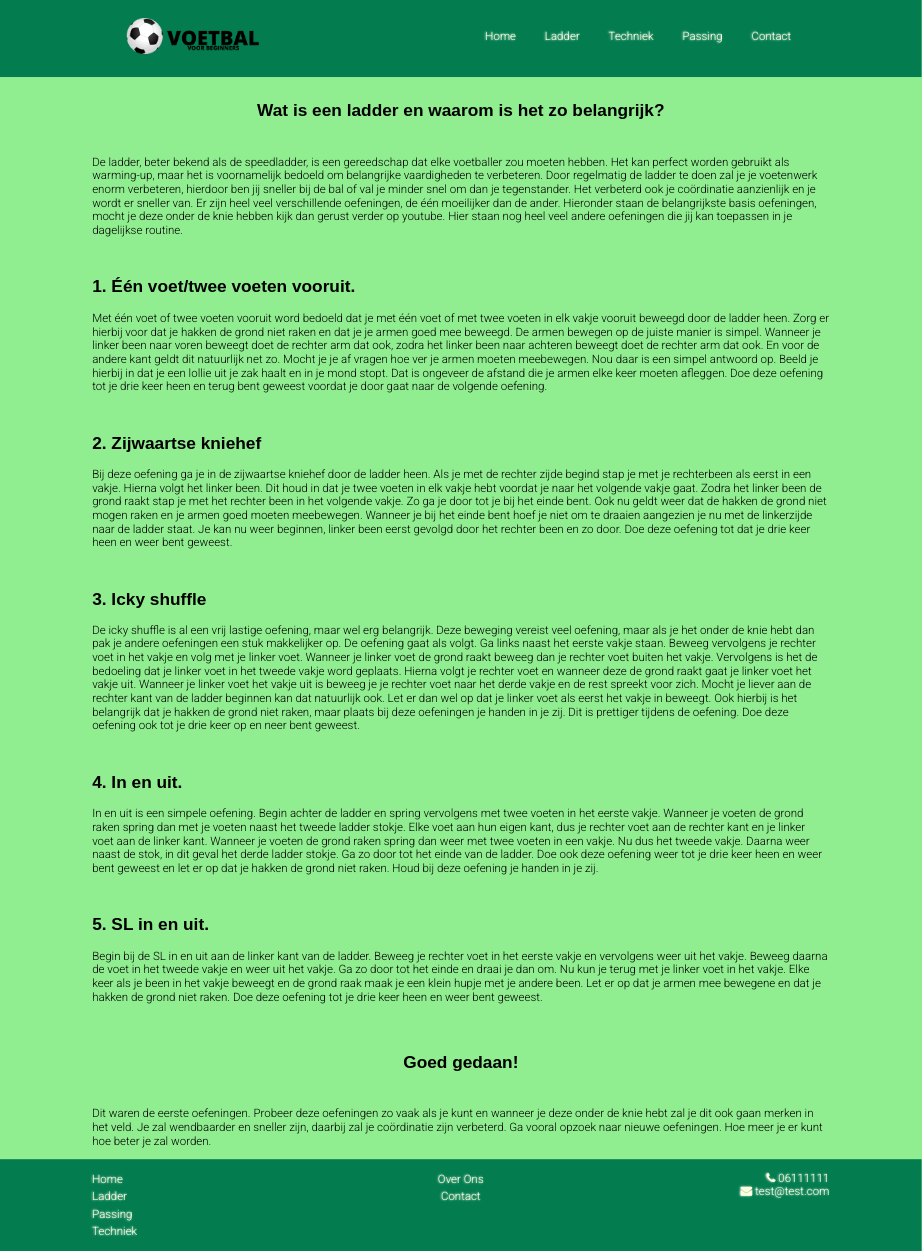
Repository: KelvinOxfoort/Start
Page: ladder.html
The author's editor kept a record of every edit. The page is drawn from the files as they stood at one moment, then again after the next edit.
The browser window is 1280 px wide. The pictures show the whole page, at 72% of full size.
Some web fonts or font styles are not loaded; a fallback is used.

Above is the page before.

### ladder.html
<!DOCTYPE html>
<html lang="nl">

<head>
    <meta charset="UTF-8">
    <meta name="viewport" content="width=device-width, initial-scale=1.0">
    <meta http-equiv="X-UA-Compatible" content="ie=edge">
    <link rel="stylesheet" href="style.css">
    <link rel="stylesheet" href="https://cdnjs.cloudflare.com/ajax/libs/font-awesome/4.7.0/css/font-awesome.min.css">
    <link href="https://fonts.googleapis.com/css2?family=Cantora+One&family=Roboto:ital,wght@0,300;0,700;1,100&display=swap" rel="stylesheet">
    <title>Voetbal voor beginners</title>
</head>

<body>
    <header id="header">
        <div>
            <a href="index.html"><img class="logo" src="uploads/LOGO.png" alt="logo"></a>
        </div>
        <nav>
            <li><a href="index.html">Home</a></li>
            <li><a href="ladder.html">Ladder</a></li>
            <li><a href="techniek.html">Techniek</a></li>
            <li><a href="passing.html">Passing</a></li>
            <li><a href="contact.html">Contact</a></li>
        </nav>
    </header>
    <main>
        <section>
            <H1>Wat is een ladder en waarom is het zo belangrijk?</H1>
            <p>De ladder, beter bekend als de speedladder, is een gereedschap dat elke voetballer zou moeten hebben. Het kan perfect worden gebruikt als warming-up, maar het is voornamelijk bedoeld om belangrijke vaardigheden te verbeteren. Door regelmatig
                de ladder te doen zal je je voetenwerk enorm verbeteren, hierdoor ben jij sneller bij de bal of val je minder snel om dan je tegenstander. Het verbeterd ook je coördinatie aanzienlijk en je wordt er sneller van. Er zijn heel veel verschillende
                oefeningen, de één moeilijker dan de ander. Hieronder staan de belangrijkste basis oefeningen, mocht je deze onder de knie hebben kijk dan gerust verder op youtube. Hier staan nog heel veel andere oefeningen die jij kan toepassen in je
                dagelijkse routine.</p>
        </section>
        <br>
        <section>
            <H2>1. Één voet/twee voeten vooruit.</H2>
            <p>Met één voet of twee voeten vooruit word bedoeld dat je met één voet of met twee voeten in elk vakje vooruit beweegd door de ladder heen. Zorg er hierbij voor dat je hakken de grond niet raken en dat je je armen goed mee beweegd. De armen
                bewegen op de juiste manier is simpel. Wanneer je linker been naar voren beweegt doet de rechter arm dat ook, zodra het linker been naar achteren beweegt doet de rechter arm dat ook. En voor de andere kant geldt dit natuurlijk net zo.
                Mocht je je af vragen hoe ver je armen moeten meebewegen. Nou daar is een simpel antwoord op. Beeld je hierbij in dat je een lollie uit je zak haalt en in je mond stopt. Dat is ongeveer de afstand die je armen elke keer moeten afleggen.
                Doe deze oefening tot je drie keer heen en terug bent geweest voordat je door gaat naar de volgende oefening.</p>
        </section>
        <br>
        <section>
            <h2>2. Zijwaartse kniehef</h2>
            <p>Bij deze oefening ga je in de zijwaartse kniehef door de ladder heen. Als je met de rechter zijde begind stap je met je rechterbeen als eerst in een vakje. Hierna volgt het linker been. Dit houd in dat je twee voeten in elk vakje hebt voordat
                je naar het volgende vakje gaat. Zodra het linker been de grond raakt stap je met het rechter been in het volgende vakje. Zo ga je door tot je bij het einde bent. Ook nu geldt weer dat de hakken de grond niet mogen raken en je armen goed
                moeten meebewegen. Wanneer je bij het einde bent hoef je niet om te draaien aangezien je nu met de linkerzijde naar de ladder staat. Je kan nu weer beginnen, linker been eerst gevolgd door het rechter been en zo door. Doe deze oefening
                tot dat je drie keer heen en weer bent geweest.</p>
        </section>
        <br>
        <section>
            <h2>3. Icky shuffle</h2>
            <p>De icky shuffle is al een vrij lastige oefening, maar wel erg belangrijk. Deze beweging vereist veel oefening, maar als je het onder de knie hebt dan pak je andere oefeningen een stuk makkelijker op. De oefening gaat als volgt. Ga links naast
                het eerste vakje staan. Beweeg vervolgens je rechter voet in het vakje en volg met je linker voet. Wanneer je linker voet de grond raakt beweeg dan je rechter voet buiten het vakje. Vervolgens is het de bedoeling dat je linker voet in
                het tweede vakje word geplaats. Hierna volgt je rechter voet en wanneer deze de grond raakt gaat je linker voet het vakje uit. Wanneer je linker voet het vakje uit is beweeg je je rechter voet naar het derde vakje en de rest spreekt voor
                zich. Mocht je liever aan de rechter kant van de ladder beginnen kan dat natuurlijk ook. Let er dan wel op dat je linker voet als eerst het vakje in beweegt. Ook hierbij is het belangrijk dat je hakken de grond niet raken, maar plaats
                bij deze oefeningen je handen in je zij. Dit is prettiger tijdens de oefening. Doe deze oefening ook tot je drie keer op en neer bent geweest.</p>
        </section>
        <br>
        <section>
            <h2>4. In en uit.</h2>
            <p>In en uit is een simpele oefening. Begin achter de ladder en spring vervolgens met twee voeten in het eerste vakje. Wanneer je voeten de grond raken spring dan met je voeten naast het tweede ladder stokje. Elke voet aan hun eigen kant, dus
                je rechter voet aan de rechter kant en je linker voet aan de linker kant. Wanneer je voeten de grond raken spring dan weer met twee voeten in een vakje. Nu dus het tweede vakje. Daarna weer naast de stok, in dit geval het derde ladder
                stokje. Ga zo door tot het einde van de ladder. Doe ook deze oefening weer tot je drie keer heen en weer bent geweest en let er op dat je hakken de grond niet raken. Houd bij deze oefening je handen in je zij.</p>
        </section>
        <br>
        <section>
            <h2>5. SL in en uit.</h2>
            <p>Begin bij de SL in en uit aan de linker kant van de ladder. Beweeg je rechter voet in het eerste vakje en vervolgens weer uit het vakje. Beweeg daarna de voet in het tweede vakje en weer uit het vakje. Ga zo door tot het einde en draai je
                dan om. Nu kun je terug met je linker voet in het vakje. Elke keer als je been in het vakje beweegt en de grond raak maak je een klein hupje met je andere been. Let er op dat je armen mee bewegene en dat je hakken de grond niet raken.
                Doe deze oefening tot je drie keer heen en weer bent geweest.</p>
        </section>
        <br>
        <section>
            <h1>Goed gedaan!</h1>
            <p>Dit waren de eerste oefeningen. Probeer deze oefeningen zo vaak als je kunt en wanneer je deze onder de knie hebt zal je dit ook gaan merken in het veld. Je zal wendbaarder en sneller zijn, daarbij zal je coördinatie zijn verbeterd. Ga vooral
                opzoek naar nieuwe oefeningen. Hoe meer je er kunt hoe beter je zal worden.</p>
        </section>
    </main>
    <footer id="footer">
        <div class="footercolumns">
            <ul class="footerpagina">
                <li><a href="index.html">Home</a></li>
                <li><a href="ladder.html">Ladder</a></li>
                <li><a href="passing.html">Passing</a></li>
                <li><a href="techniek.html">Techniek</a></li>
            </ul>
            <ul class="footerinfo">
                <li><a href="overons.html">Over Ons</a></li>
                <li><a href="contact.html">Contact</a></li>
            </ul>
            <ul class="footercontact">
                <li><i class="fa fa-phone"></i> 06111111</a>
                </li>
                <li><i class="fa fa-envelope"></i> test@test.com</a>
                </li>
            </ul>
        </div>
    </footer>
</body>

</html>

### style.css
:root {
    --header-footer-kleur: #037d50;
    --color-text: #ffffdb;
}


body {
    font-family: 'Roboto', sans-serif;
}

body {
    background-color: #90ee90;
    margin: 0;
}

h1,
h2,
h3,
h4 {
    font-family: 'Cantora One', sans-serif;
}

.overzicht {
    text-align: center;
}

li {
    list-style: none;
}

ul {
    padding: 0;
}

main {
    min-height: 75vh;
}

h1 {
    margin: 0;
    padding: 2rem 0rem;
}




header {
    background-color: #037d50;
    display: flex;
    flex-wrap: nowrap;
}

header li, header a {
    text-decoration: none;
    color: unset;
    line-height: 1.5;
    padding: 10px;
}

header li:hover {
    transition: ease-in-out 0.3s all;
    color: #037d50;
    background: #90ee90;
    cursor: pointer;

}

header li {
    color: var(--color-text);
    text-shadow: -1px 0px 3px white;
}

nav li {
    list-style: none;
    line-height: 5;
}

nav {
    display: flex;
    flex-wrap: nowrap;
    flex-basis: 30%;
    margin-left: 30%;

}

nav ul {
    display: flex;
    flex-wrap: nowrap;
    justify-content: space-between;
    widht: 100%;
    line-height: 6.5;
    position: relative;
}

#dropdown {
    display: none;
    position: absolute;
    width: 40%;
    background: #037d50;
    top: calc( 100% - 1px );
    right: -28.4%;
    margin: 0;
}

#dropdown.active {
    display: block;
}

#dropdown li{
    line-height: 3;
}

.logo {
    width: 250px;
    margin-left: 50%;
}


footer {
    background-color: var(--header-footer-kleur);
}

.footercolumns {
    display: flex;
    flex-wrap: nowrap;
    justify-content: space-between;
}

.footercolumns li {
    list-style: none;
}

footer a {
    text-decoration: none;
    color: unset;
    line-height: 1.5;
}

footer li{
    color: #ffffdb;
    text-shadow: -1px 0px 3px white;
}

footer a:hover {
    transition: ease-in-out 0.3s all;
    color: #90ee90;
}

footer ul {
    width: 28%;
}

.footerinfo {
    text-align: center;
}

.footercontact {
    text-align: right;
}

.container {
    padding-top: 10%;
}


.banner {
    background-image: url(https://cdn.pixabay.com/photo/2014/10/14/20/24/the-ball-488718_1280.jpg);
    width: 100%;
    background-repeat: no-repeat;
    height: 80vh;
    background-size: cover;
}

.banner-content {
    color: #000;
    width: 55%;
    padding: 50px 0 50px 50px;
    font-size: 18px;
    font-weight: bold;
    border: solid 3px #037d50;
    background-color: #ffffff6e;
}

.quote {
    display: flex;
    flex-wrap: nowrap;
    justify-content: space-between;
}

.quote blockquote {
    margin: 0;
    margin-bottom: 40px;
}


section h1 {
    text-align: center;
}




.contact-pagina h1 {
    text-align: center;
}

.contact-formulier {
    max-width: 600px;
    margin: auto;
    padding: 0 10px;
    overflow: hidden;
}

.contact-formulier-naam {
    display: initial;
    width: 49.6%;
    box-sizing: border-box;
    margin: 16px 0 0 0;
    border: 0;
    padding: 20px 40px;
    outline: none;
}

.contact-formulier-naam:focus {
    box-shadow: 0 0 10px 4px #037d50;
}

.contact-formulier-email {
    display: block;
    width: 100%;
    box-sizing: border-box;
    margin: 16px 0;
    border: 0;
    padding: 20px 40px;
    outline: none;
}

.contact-formulier-email:focus {
    box-shadow: 0 0 10px 4px #037d50;
}

.contact-formulier-tekst {
    display: block;
    width: 100%;
    box-sizing: border-box;
    margin: 16px 0;
    border: 0;
    padding: 20px 40px;
    outline: none;
}

.contact-formulier-tekst:focus {
    box-shadow: 0 0 10px 4px #037d50;
}

textarea.contact-formulier-tekst {
    resize: none;
    height: 120px;
}

.contact-formulier-knop {
    float: right;
    margin-bottom: 50px;
    border: 0;
    padding: 12px 50px;
    border-radius: 20px;
    cursor: pointer;
    transition: 0.5s;
}

.contact-formulier-knop:hover {
    background: #e0e0e0;
}

section,
hr,
.footercolumns {
    margin: 0 10%;
}

.mediasection ul {
    display: flex;
    flex-wrap: nowrap;
    justify-content: space-between;
    margin-top: 20px;
    margin-bottom: 20px;
}

iframe {
    width: 100%;
    height: 100%;
    border: none;
}


video {
    width: 100%;
    height: 100%;
}

.fotovids1 {
    background-image: url(./uploads/voetballende_kinderen.png);
    background-size: cover;
    background-repeat: no-repeat;
    background-position-y: 35%;
}

.fotovids2 {
    background-size: cover;
    background-repeat: no-repeat;
    background-position-y: 35%;
}

.fotovids3,
.fotovids4 {
    background-color: black;
}


.fotovids5 {
    background-image: url(https://cdn.pixabay.com/photo/2016/06/29/09/28/football-1486353_960_720.jpg);
    background-size: cover;
    background-repeat: no-repeat;
    background-position-y: 75%;
}

.mediasection ul li {
    width: 19%;
}

.plaatjesection ul {
    display: flex;
    flex-wrap: nowrap;
    justify-content: space-between;
    margin-top: 40px;
    margin-bottom: 40px;
}

.plaatjesection ul li {
    width: 28%;
    background-color: #d0fad0;
    box-shadow: 1px 1px 9px 0px black;
}

.plaatjesection div {
    margin-left: 20px;
    margin-right: 20px;
}

.plaatje {
    background: url(https://media.defense.gov/2013/Sep/09/2000710340/-1/-1/0/130829-D-RT812-259.JPG) no-repeat;
    background-size: cover;
    background-position-y: 98%;
    height: 190px;
    margin-top: 20px;
    margin-bottom: 5px;
}

.tweede {
    background: url(https://encrypted-tbn0.gstatic.com/images?q=tbn%3AANd9GcQGQujdtUYY6ZvVAVyYnViHFfmqRA8QfeRchdvbMtoRneMGzXFF&usqp=CAU) no-repeat;
    background-size: cover;
}

.derde {
    background: url(https://encrypted-tbn0.gstatic.com/images?q=tbn%3AANd9GcRbiFGD33UEuO2sUuPWsS63qn6kfET_udMECwd8WcEFtynlFjDH&usqp=CAU) no-repeat;
    background-size: cover;
    background-position-y: 11%;
}

.textarea p {
    margin-top: 15px;
    margin-bottom: 25px;
}

.paginaplaatje {
    height: 130px;
    width: 280px;
    margin-top: 20px;
    margin-bottom: 5px;
}

.map {
    height: 300px;
}

.goed-gedaan {
    margin-bottom: 50px;
}


table {
    text-align: left;
    margin-left: auto;
    margin-right: auto;
    border-spacing: 0;
}

table, th, td {
    border: solid 1px black;
}

th, td {
    padding: 5px;
}

 table {
        margin-bottom: 60px;
    }

    .ontzichtbaar {
        border: solid 1px #90ee90;
    }


@media (max-width: 1023px) {

    .logo {
        margin-left: 10%;
    }

    nav {
        margin-left: 10%;
    }

    .banner {
        background-position-x: 56%;
    }

    .container {
        padding-top: 60%;
    }
    .plaatjesection ul {
        flex-wrap: wrap;
    }
    .plaatjesection ul li {
        width: 100%;
        margin-bottom: 50px;
    }

    .plaatjebox div {
        display: inline-block;
        width: 40%;
        vertical-align: middle;
    }

    .tweede {
        float: right;
        margin-top: 5%;
    }

    .mediasection ul {
        flex-wrap: wrap;
    }
    .mediasection ul li {
        flex-basis: 30%;
    }
    .fotovids4,
    .fotovids5 {
        flex-basis: 48% !important;
        margin-top: 30px;
    }

    .map {
        height: 314px;
    }

    #dropdown {
       right: -1.0%;
    }

    .overonstekst {
    margin-bottom: 60px;
    }

    table {
        margin-bottom: 226px;
    }

    .ontzichtbaar {
        border: solid 1px #90ee90;
    }


}

@media (max-width: 767px) {

    header {
        flex-wrap: wrap;
    }

    .logo {
        margin-left: 17%;
    }

    nav {
        flex-wrap: wrap;
        flex-basis: 100%;
        line-height: 2.5;
        margin-left: 0%;
    }

    .banner-content {
        padding: 50px;
    }

    .banner {
        background-position-x: 90%;
    }

    .quote {
        flex-wrap: wrap;
    }

    .mediasection ul {
        flex-wrap: wrap;
    }

    .mediasection ul li {
        flex-basis: 30%;
    }

    .plaatjebox div {
        width: 86%;
    }

    .contact-formulier-naam {
        width: 100%
    }

    .footercolumns {
        flex-wrap: wrap;
    }

    footer ul {
        width: 45%;
    }

    footer ul {
        width: 100%;
    }

    footer ul li {
        text-align: center;
    }


    .mediasection ul li {
        flex-basis: 100% !important;
        margin: 20px 0;
        min-height: 172px;
    }

    nav > li {
        flex-basis: 10%;
    }

    #dropdown {
        width: 35%;
        right: 0;
        text-align: right;
    }

    table {
    margin-bottom: 90px;
    }
}

After the next edit:
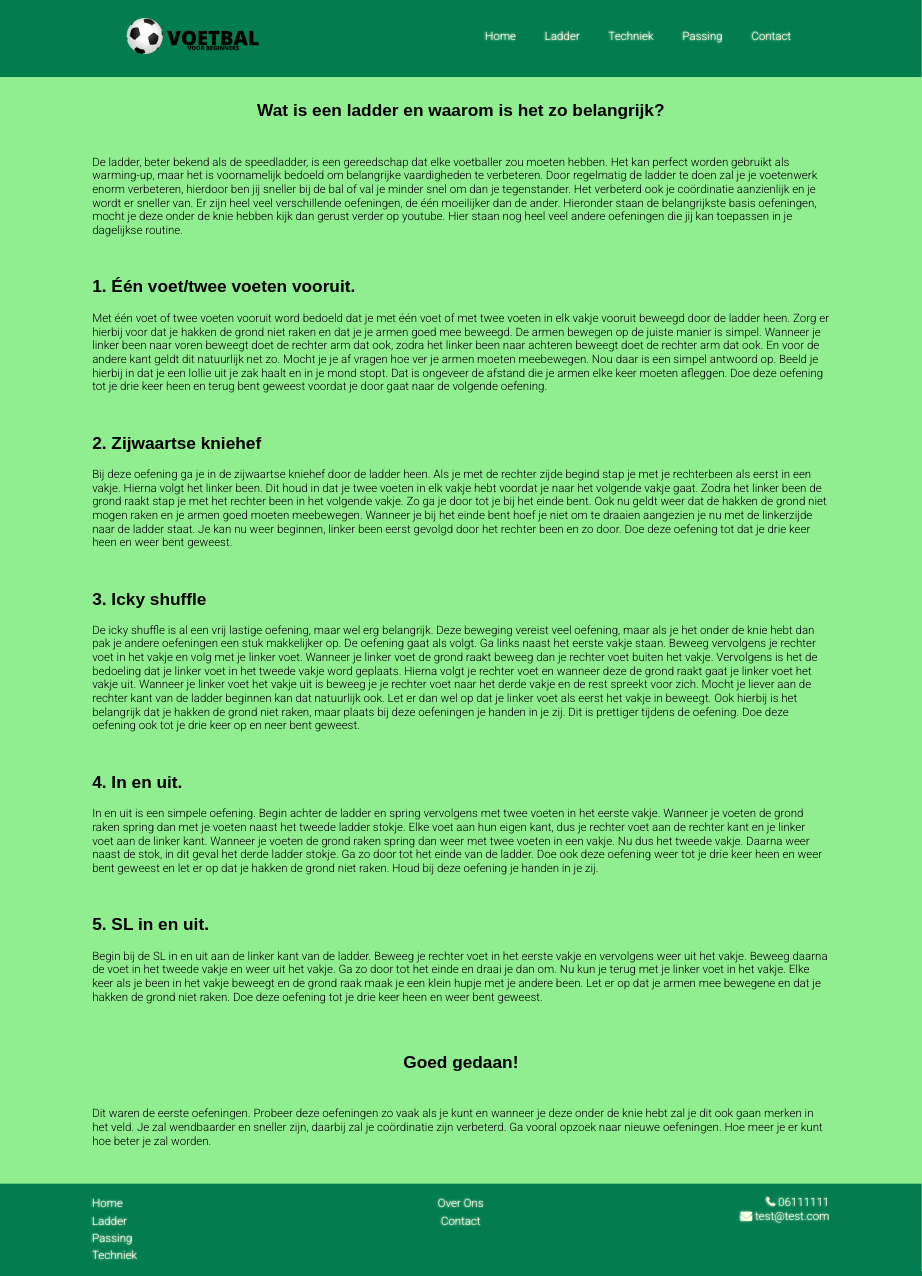
The edit:
--- a/ladder.html
+++ b/ladder.html
@@ -74,7 +74,7 @@
         <br>
         <section>
             <h1>Goed gedaan!</h1>
-            <p>Dit waren de eerste oefeningen. Probeer deze oefeningen zo vaak als je kunt en wanneer je deze onder de knie hebt zal je dit ook gaan merken in het veld. Je zal wendbaarder en sneller zijn, daarbij zal je coördinatie zijn verbeterd. Ga vooral
+            <p  class="goed-gedaan">Dit waren de eerste oefeningen. Probeer deze oefeningen zo vaak als je kunt en wanneer je deze onder de knie hebt zal je dit ook gaan merken in het veld. Je zal wendbaarder en sneller zijn, daarbij zal je coördinatie zijn verbeterd. Ga vooral
                 opzoek naar nieuwe oefeningen. Hoe meer je er kunt hoe beter je zal worden.</p>
         </section>
     </main>
